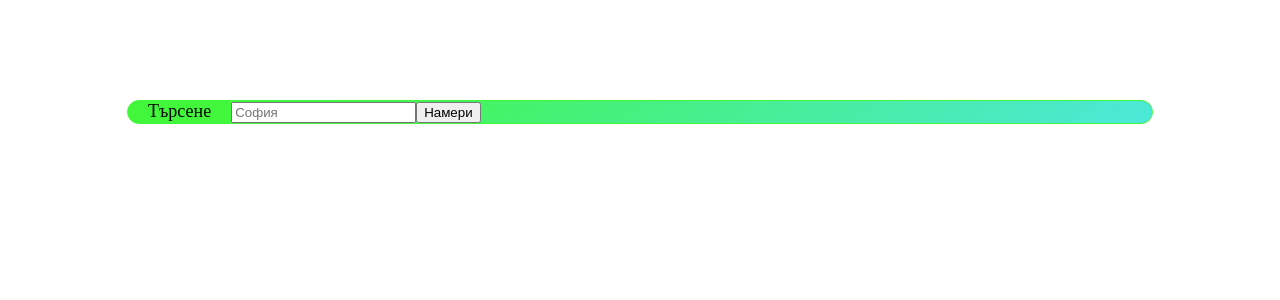
Repository: GeryZlatev/address-search
Page: /
An editor plug-in stored every save of this project. The page is shown before and after the next save, followed by the edit.
The browser window is 1280 px wide. The pictures show the whole page.
The project was rebuilt for these pictures with package versions that can differ from the ones it lists, and the page was loaded fresh each time.

Above is the page before, as saved 2021-04-09 20:05:00.

After the next save:
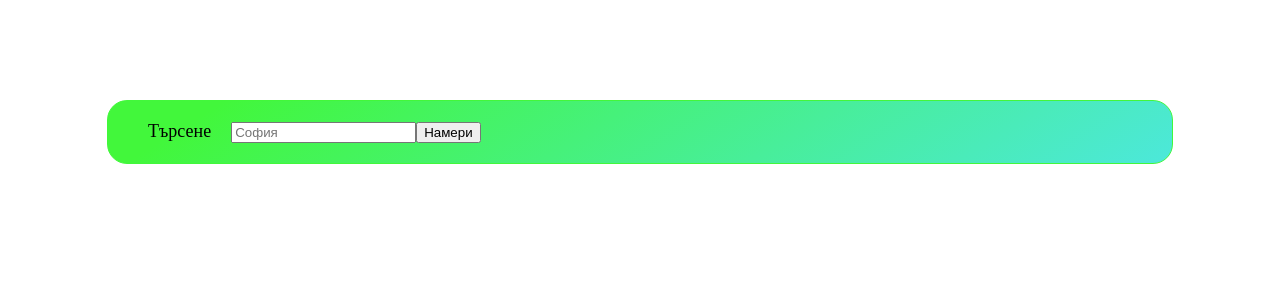
Saved 24 s later.
--- a/src/components/SearchBar/SearchBar.module.css
+++ b/src/components/SearchBar/SearchBar.module.css
@@ -1,12 +1,13 @@
 .searchbar-wrapper {
     max-width: 80%;
     margin: 40px auto;
+    padding: 20px;
     display: flex;
     justify-content: space-between;
     background: rgb(66,247,59);
-background: linear-gradient(148deg, rgba(66,247,59,1) 10%, rgba(76,232,217,1) 99%);
-border: 1px solid #42f73b;
-border-radius: 20px;
+    background: linear-gradient(148deg, rgba(66,247,59,1) 10%, rgba(76,232,217,1) 99%);
+    border: 1px solid #42f73b;
+    border-radius: 20px;
 
 }
 
